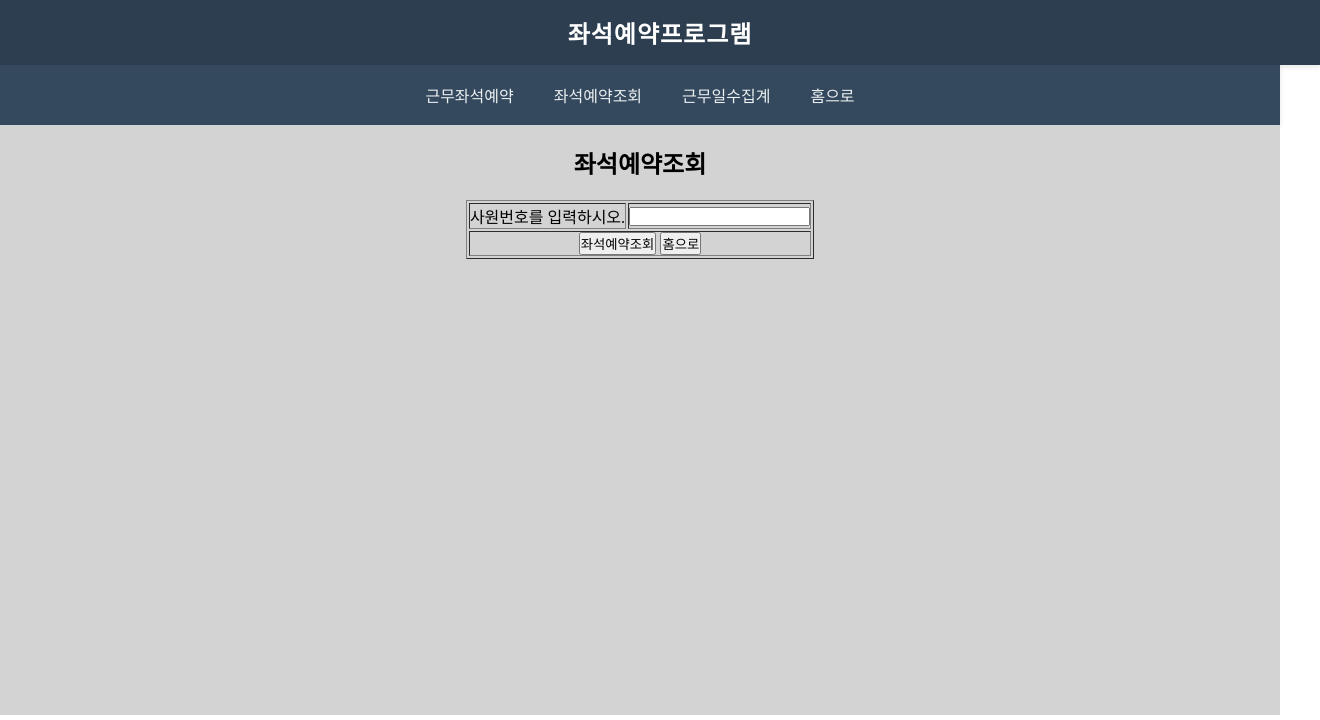
Repository: seowonjong/proje-ct
Page: http://localhost/seat/slist.jsp
An editor plug-in stored every save of this project. The page is shown before and after the next save, followed by the edit.
The browser window is 1280 px wide. The page is 1320 px wide, then 1280 px, so the pictures cover 1320 px, including what lies to the right of the window. The pictures show the whole page.
The page is served by Tomcat 9.

Above is the page before, as saved 2025-08-25 01:55:17.

After the next save:
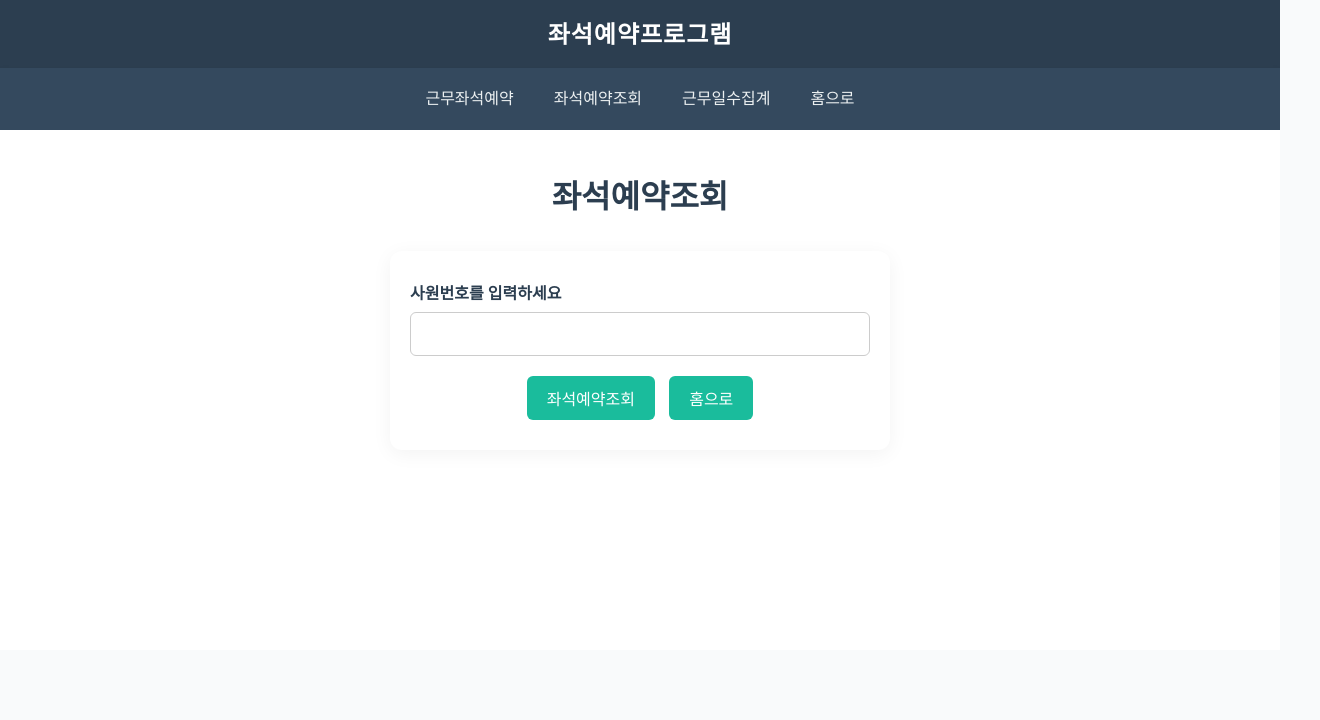
Saved 31 s later.
--- a/seat/src/main/webapp/slist.jsp
+++ b/seat/src/main/webapp/slist.jsp
@@ -6,58 +6,123 @@
 <meta charset="UTF-8">
 <title>좌석예약조회</title>
 <style>
-	*{
+	* {
 		margin: 0;
 		padding: 0;
+		box-sizing: border-box;
+		font-family: 'Segoe UI', Tahoma, Geneva, Verdana, sans-serif;
 	}
 
-	section{
-		width: 100%;
-		height: calc(100vh - 130px);
-		background-color: lightgray;
-
+	body {
+		background-color: #f9fafb;
+		color: #333;
+		line-height: 1.6;
 	}
 
-	section h2{
-		padding: 20px;
-		text-align: center;
-	}
-	form{
-		display : flex;
-		justify-content: center;
-	}
-	table td{
+	section {
+		width: 100%;
+		min-height: calc(100vh - 200px);
+		background: #fff;
+		padding: 40px 20px;
+		display: flex;
+		flex-direction: column;
+		align-items: center;
+		justify-content: flex-start;
 		text-align: center;
 	}
 
+	section h2 {
+		font-size: 2rem;
+		margin-bottom: 30px;
+		color: #2c3e50;
+	}
+
+	form {
+		width: 100%;
+		max-width: 500px;
+		background: #ffffff;
+		padding: 30px 20px;
+		border-radius: 12px;
+		box-shadow: 0 4px 20px rgba(0, 0, 0, 0.05);
+	}
+
+	.table-row {
+		display: flex;
+		flex-direction: column;
+		text-align: left;
+		margin-bottom: 15px;
+	}
+
+	label {
+		margin-bottom: 5px;
+		font-weight: bold;
+		color: #2c3e50;
+	}
+
+	input[type="text"] {
+		padding: 10px;
+		border: 1px solid #ccc;
+		border-radius: 6px;
+		font-size: 1rem;
+		transition: border-color 0.3s ease;
+	}
+
+	input[type="text"]:focus {
+		border-color: #1abc9c;
+		outline: none;
+	}
+
+	.button-group {
+		text-align: center;
+		margin-top: 20px;
+	}
+
+	input[type="button"] {
+		background: #1abc9c;
+		color: #fff;
+		border: none;
+		padding: 10px 20px;
+		font-size: 1rem;
+		border-radius: 6px;
+		margin: 0 5px;
+		cursor: pointer;
+		transition: background 0.3s ease;
+	}
+
+	input[type="button"]:hover {
+		background: #16a085;
+	}
+
+	@media (max-width: 600px) {
+		section h2 {
+			font-size: 1.5rem;
+		}
+
+		form {
+			padding: 20px 15px;
+		}
+	}
 </style>
 </head>
 <body>
-<jsp:include page="header.jsp"></jsp:include>
+	<jsp:include page="header.jsp"></jsp:include>
 	<jsp:include page="nav.jsp"></jsp:include>
+
 	<section>
-		<h2> 좌석예약조회 </h2>
+		<h2>좌석예약조회</h2>
 		<form action="list_action.jsp" name="list_frm" method="post">
-			<table border="1">
-				<tr>
-					<td>사원번호를 입력하시오.</td>
-					<td><input type="text" name="emptno"></td>
-				</tr>
-				<tr>
-					<td colspan="2">
-						<input type="button" value="좌석예약조회" onclick="listCheck()">
-						<input type="button" value="홈으로" onclick="window.location.href='index.jsp'">
-					</td>
-				</tr>
+			<div class="table-row">
+				<label for="emptno">사원번호를 입력하세요</label>
+				<input type="text" name="emptno" id="emptno">
+			</div>
+			<div class="button-group">
+				<input type="button" value="좌석예약조회" onclick="listCheck()">
+				<input type="button" value="홈으로" onclick="window.location.href='index.jsp'">
+			</div>
+		</form>
+	</section>
 
-
-			</table>
-
-		</form>
-
-	</section>
 	<jsp:include page="footer.jsp"></jsp:include>
 	<script src="check.js"></script>
-
 </body>
 </html>
